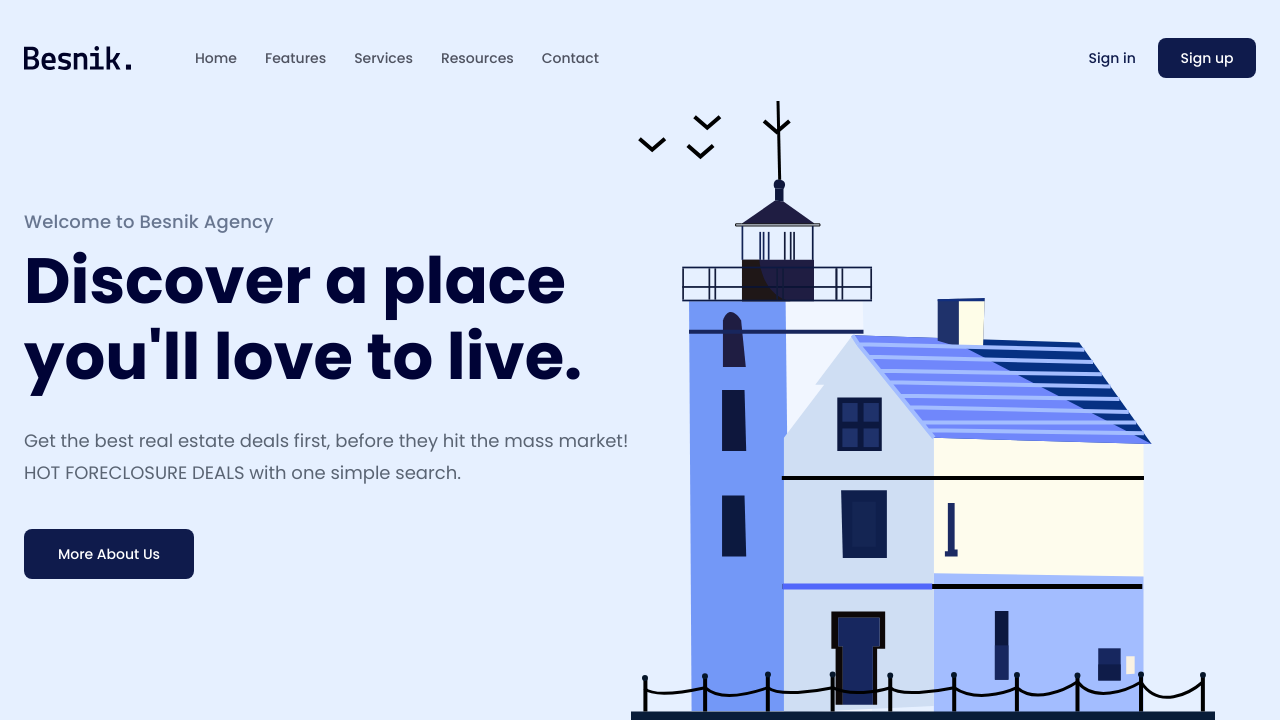
Repository: Tibi2003/f8-htmlcss-01
Page: index.html
An editor plug-in stored every save of this project. The page is shown before and after the next save, followed by the edit.
The browser window is 1280 px wide. The pictures show the whole page.

Above is the page before, as saved 2024-02-05 17:03:12.

After the next save:
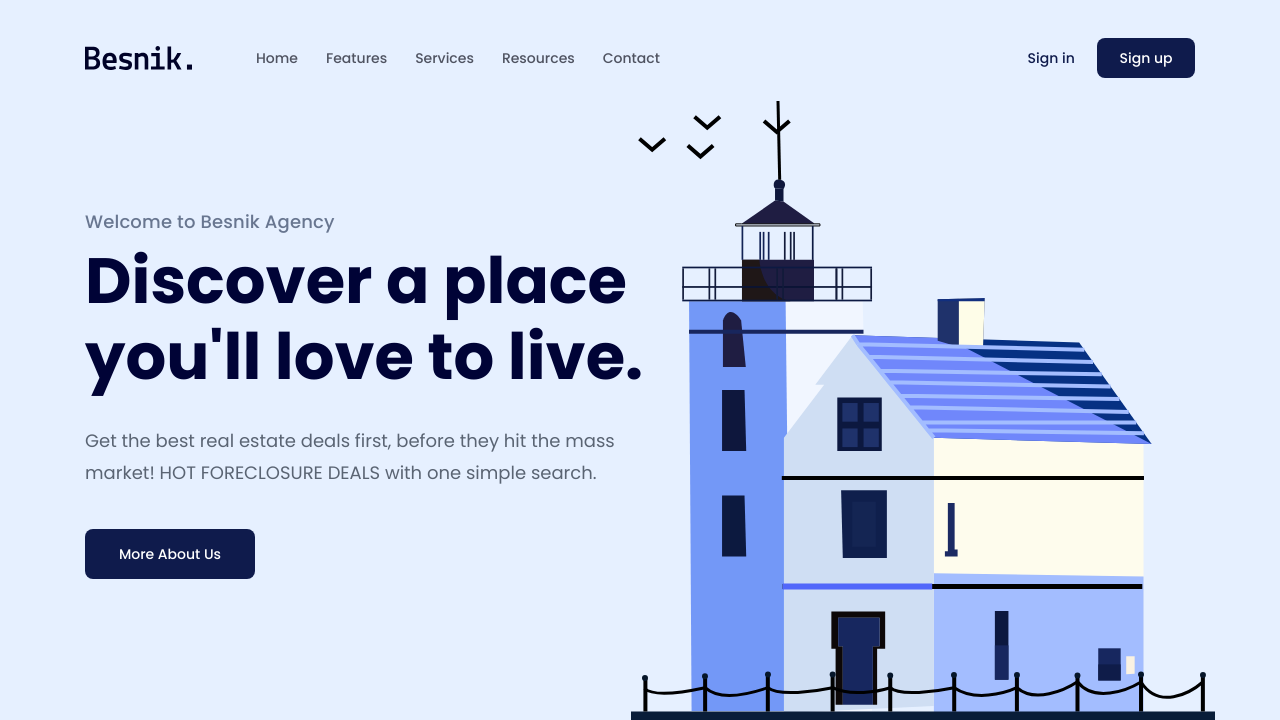
Saved 9 s later.
--- a/assets/css/styles.css
+++ b/assets/css/styles.css
@@ -37,7 +37,7 @@ a {
 }
 
 .content {
-	width: 1500px;
+	width: 1110px;
 	max-width: calc(100% - 48px);
 	margin-left: auto;
 	margin-right: auto;
